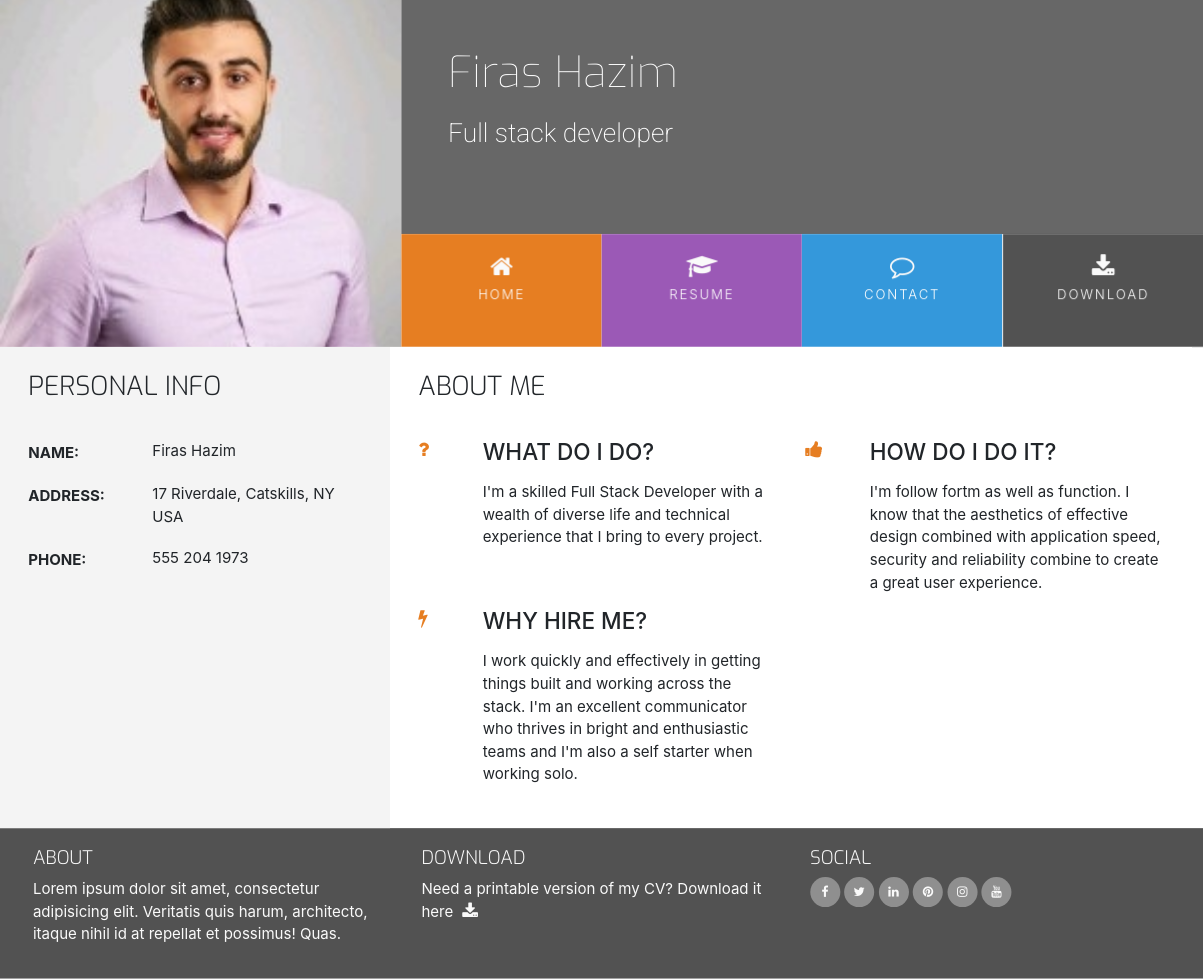
Repository: FirasH94/ResumeProject
Page: index.html
The author's editor kept a record of every edit. The page is drawn from the files as they stood at one moment, then again after the next edit.
The browser window is 1280 px wide. The pictures show the whole page, at 94% of full size.

Above is the page before.

After the next edit:
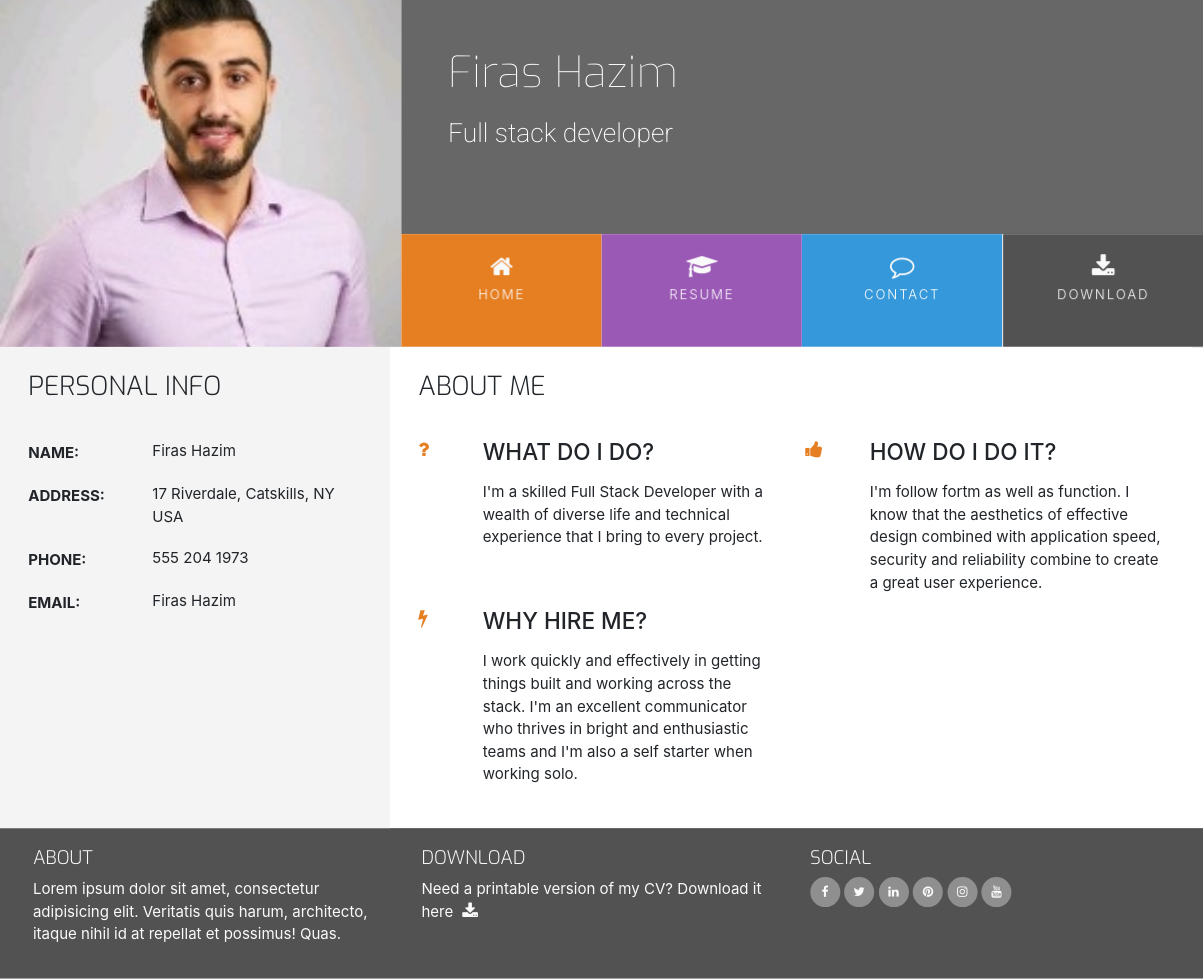
The edit:
--- a/index.html
+++ b/index.html
@@ -90,6 +90,18 @@
                         </p>
                     </div>
                 </div>
+                 <div class="personal-info-item">
+                    <div class="key">
+                        <p class="uppercase">
+                            Email:
+                        </p>
+                    </div>
+                    <div class="value">
+                        <p>
+                            Firas Hazim
+                        </p>
+                    </div>
+                </div>
             </div>
             <div class="col-md-8 bg-color-three-reasons section-column">
                 <div class="row">
